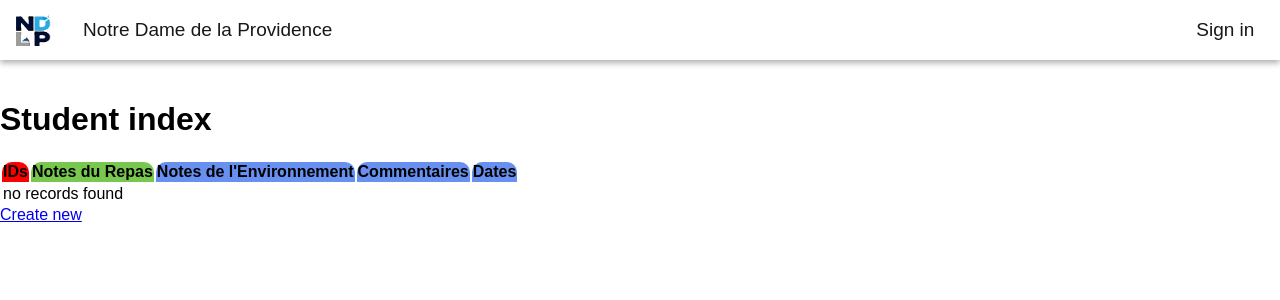
Repository: yaperson/self-feedback1
Page: templates/student/index.html.twig
These files come from the project's save history. The page is drawn as it stood at one moment and after the next save; the edit follows.
The browser window is 1280 px wide. The pictures show the whole page.
The page is a Twig template of a Symfony application; nobody is signed in and links lead nowhere. The template is opened directly, without the code that normally fills it, so the values that code supplies are empty.

Above is the page before, as saved 2021-12-14 10:40:48.
Console error: TypeError: Cannot read properties of null (reading 'querySelectorAll')

### templates/student/index.html.twig
{% extends 'base.html.twig' %}

{% block title %}Student index{% endblock %}

{% block body %}
    <h1>Student index</h1>

    <script>
        const compare = function(ids, asc)
        {
            return function(row1, row2)
            {
                const tdValue = function(row, ids)
                {
                    return row.children[ids].textContent;
                }

                const tri = function(v1, v2)
                {
                    if (v1 !== '' && v2 !== '' && !isNaN(v1) && !isNaN(v2))
                    {
                        return v1 - v2;
                    }

                    else
                    {
                        return v1.toString().localeCompare(v2);
                    }

                    return v1 !== '' && v2 !== '' && !isNaN(v1) && !isNaN(v2) ? v1 - v2 : v1.toString().localeCompare(v2);
                };

                return tri(tdValue(asc ? row1 : row2, ids), tdValue(asc ? row2 : row1, ids));
            }
        }

        const tbody = document.querySelector('tbody');
        const thx = document.querySelectorAll('th');
        const trxb = tbody.querySelectorAll('tr');

        thx.forEach(function(th)
        {
            th.addEventListener('click', function()
            {
                let classe = Array.from(trxb).sort(compare(Array.from(thx).indexOf(th), this.asc = !this.asc));

                classe.forEach(function(tr)
                {
                    tbody.appendChild(tr)
                });
            })
        });
    </script>

    <table class="table">
        <thead>
            <tr>
                <th style="background-color:#FF0000; border-top-left-radius: 10px; -moz-border-radius-topleft: 10px; -webkit-border-top-left-radius: 10px; -khtml-border-top-left-radius: 10px; -icab-border-top-left-radius: 10px; -o-border-top-left-radius: 10px; border-top-right-radius: 10px; -moz-border-radius-topright: 10px; -webkit-border-top-right-radius: 10px; -khtml-border-top-right-radius: 10px; -icab-border-top-right-radius: 10px; -o-border-top-right-radius: 10px;">IDs</th>
                <th style="background-color:#78C850; border-top-left-radius: 10px; -moz-border-radius-topleft: 10px; -webkit-border-top-left-radius: 10px; -khtml-border-top-left-radius: 10px; -icab-border-top-left-radius: 10px; -o-border-top-left-radius: 10px; border-top-right-radius: 10px; -moz-border-radius-topright: 10px; -webkit-border-top-right-radius: 10px; -khtml-border-top-right-radius: 10px; -icab-border-top-right-radius: 10px; -o-border-top-right-radius: 10px;">Notes du Repas</th>
                <th style="background-color:#6890F0; border-top-left-radius: 10px; -moz-border-radius-topleft: 10px; -webkit-border-top-left-radius: 10px; -khtml-border-top-left-radius: 10px; -icab-border-top-left-radius: 10px; -o-border-top-left-radius: 10px; border-top-right-radius: 10px; -moz-border-radius-topright: 10px; -webkit-border-top-right-radius: 10px; -khtml-border-top-right-radius: 10px; -icab-border-top-right-radius: 10px; -o-border-top-right-radius: 10px;">Notes de l'Environnement</th>
                <th style="background-color:#6890F0; border-top-left-radius: 10px; -moz-border-radius-topleft: 10px; -webkit-border-top-left-radius: 10px; -khtml-border-top-left-radius: 10px; -icab-border-top-left-radius: 10px; -o-border-top-left-radius: 10px; border-top-right-radius: 10px; -moz-border-radius-topright: 10px; -webkit-border-top-right-radius: 10px; -khtml-border-top-right-radius: 10px; -icab-border-top-right-radius: 10px; -o-border-top-right-radius: 10px;">Commentaires</th>
                <th style="background-color:#6890F0; border-top-left-radius: 10px; -moz-border-radius-topleft: 10px; -webkit-border-top-left-radius: 10px; -khtml-border-top-left-radius: 10px; -icab-border-top-left-radius: 10px; -o-border-top-left-radius: 10px; border-top-right-radius: 10px; -moz-border-radius-topright: 10px; -webkit-border-top-right-radius: 10px; -khtml-border-top-right-radius: 10px; -icab-border-top-right-radius: 10px; -o-border-top-right-radius: 10px;">Dates</th>
            </tr>
        </thead>
        <tbody>
        {% for student in students %}
            <tr>
                <td>{{ student.id }}</td>
                <td>{{ student.noteRepas }}</td>
                <td>{{ student.noteValeurEnvironnement }}</td>
                <td>{{ student.noteCommentaire }}</td>
                <td>{{ student.noteDate ? student.noteDate|date('Y-m-d') : '' }}</td>
            </tr>
        {% else %}
            <tr>
                <td colspan="6">no records found</td>
            </tr>
        {% endfor %}
        </tbody>
    </table>

    <a href="{{ path('student_new') }}">Create new</a>
{% endblock %}

### templates/base.html.twig
<!doctype html>
<html lang="en">
  <head>
    <meta charset="utf-8">
    <meta name="viewport" content="width=device-width, initial-scale=1, shrink-to-fit=no">
    <meta name="description" content="">
    <meta name="author" content="">
    <title>
        {% block title %} Welcome!
        {% endblock %}

    </title>
    <link rel="shortcut icon" href="images/cropped-cropped-NDLP-3-min-e1544695116495.png" type="image/x-icon">
    <link rel="stylesheet" href="css/style.css">
    <link rel="stylesheet" href="css/home.css">
    <!-- Bootstrap core CSS -->
    {# <link rel="stylesheet" href="/css/bootstrap.css" > #}
    {# <link rel="stylesheet" href="/css/starter-template.css" > #}

    <!-- Bootstrap core JS    # MIS EN COMMENTAIRE CAR BUGUE, A REGLER #
    <script src="js/bootstrap.js" > -->

 {% block stylesheets %}
 {% endblock %}
 {% block javascripts %}
 {% endblock %}

  </head>

  <body>
        <nav class="topnav" id="myTopnav">
          <div id="left">
            <img class="topnav__link img" src="/images/cropped-cropped-NDLP-3-min-e1544695116495.png">
            <span class="topnav__link">Notre Dame de la Providence</span>
          </div>
          {% if is_granted('ROLE_USER') %}
              <div class="nav-link disabled">
                <i class="fas fa-user"></i>
                {% if app.user %}
                  <strong>{{ app.user.username }}</strong>
                {% endif %}
              </div>
              <a class="topnav__link" id="right" href="{{ path('app_logout') }}">{{'Logout'|trans}}</a>
              {% else %}
              <a class="topnav__link" id="right" href="{{ path('app_login') }}">{{'Sign in'|trans}}</a>
              {% endif %}
        </nav>

    <main>
          {% block body %}{% endblock %}

    </main><!-- /.container -->
    {#
    <!-- Bootstrap core JavaScript
    ================================================== -->
    <!-- Placed at the end of the document so the pages load faster -->
    <script src="https://code.jquery.com/jquery-3.2.1.slim.min.js" integrity="sha384-KJ3o2DKtIkvYIK3UENzmM7KCkRr/rE9/Qpg6aAZGJwFDMVNA/GpGFF93hXpG5KkN" crossorigin="anonymous"></script>
    <script>window.jQuery || document.write('<script src="../../../../assets/js/vendor/jquery-slim.min.js"><\/script>')</script>
    <script src="../../../../assets/js/vendor/popper.min.js"></script>
    <script src="../../../../dist/js/bootstrap.min.js"></script> #}
  </body>
</html>

### public/css/style.css
html{
    width: 100%;
    width: 100%;
    height: 100%;
}


body{
    display: grid;
    margin: 0;
    width: 100%;
    height: 100vh;
    font-family: Arial, Helvetica, sans-serif;
}

main {
  margin-top: 5rem;
}

#btn5 {
  background: linear-gradient(180deg, #2aa1d4 0%, rgba(42, 158, 207, 0.992) 0.01%, rgba(43, 158, 207, 0.65) 99.97%, rgba(41, 157, 207, 0.67) 99.98%, rgba(45, 170, 225, 0.89) 100%);
  box-shadow: 0px 4px 4px rgba(0, 0, 0, 0.12);
  border-radius: 30px;
  border: none;
}
/***********************************************/
.topnav {
  overflow: hidden;
  background-color: rgb(255, 255, 255);
  box-shadow: 0 3px 6px 0 rgb(175, 175, 175);
  user-select: none;
  z-index: 2;
  display: flex;
  align-items: center;
  justify-content: space-between;
  position: fixed;
  width: 100%;
}
.topnav .topnav__link {
  float: left;
  color: #181818;
  padding: 14px 16px;
  text-decoration: none;
  font-size: 19px;
  transition: 0.2s;
}
#left {
  display: flex;
  align-items: center;
}
#right {
  float: right;
  /* margin-left: 75%; */
  padding-right: 2%;
}
.img {
  width: 35px;
  height: 32px;
  left: 11px;
  top: 7px;
}
.topnav .topnav__link:hover {
  color: #060c18;
  transition: 0.2s;
}
  /*****/
  .foo-container {
    display: flex;
    position: absolute;
    justify-content: center;
    align-items: center;
    bottom: 0;
    width: 100%;
    /* height: 164px; */
    color: white;
    background: #424242;
  }
  .bloc {
    display: flex;
    justify-content: space-around;
    margin: 10px;
    width: 50%;
  }

/***********************************************/

.error{
  display: flex;
  position: absolute;
  justify-content: center;
  align-items: center;
  width: 100%;
  height: 50px;
  background-color: red;
  animation: kboom infinite 1s;
  color: white;
}

@keyframes kboom {
  0%{
    background-color: red;
  }
  100%{
    background-color: blue;
  }
}



element.style {
  background-image: url(assets/img/image1.jpg);
  height: 100vh;
}
.bg-image {
  display: flex;
  justify-content: center;
  align-items: center;
  position: relative;
  overflow: hidden;
  background-repeat: no-repeat;
  background-size: cover;
  background-position: 50%;
}

@media (max-width: 750px) {
  .foo-container {
    color: #b6b6fb;
  }
  .topnav {
    max-width: 100%;
  }
}

### public/css/home.css
.main__title{
    display: flex;
    justify-content: center;
}

.title{
    font-size: 5rem;
    transition: 0.2s;
    animation: fromTop 2s ;
}

/***************/
.main__btn{
    justify-content: center;
    align-content: center;
    align-items: center;
    text-align: center;
    display: flex;
}

#btn5{
    display: flex;
    align-items: center;
    justify-content: center;
    position: relative;
    overflow: hidden;
    color: rgb(255, 255, 255);
    mix-blend-mode: normal;
    cursor: pointer;
    outline: none;
    border: none;
    width: 20%;
    height: 60px;
    text-decoration: none;
}
.TxtBtn {
    position: relative;
    pointer-events: none;
}

@media screen and (max-width: 750px) {
    main{
        max-width: 100%;
        height: 80%;
    }
    h1 {
        font-size: 60px;
        margin: auto;
    }
    h3{
        font-size: 50px;
    }
    #target{
        font-size: 50px;
    }
    #btn5{
        width: 200px;
    }
}

@keyframes fromTop {
    0% {
        color: rgba(0, 0, 0, 0);
        transition: 0.2s;
        margin-top: 20px;
    }
    100% {
        color: rgb(0, 0, 0);
        /* transition: 0.2s; */
    }
}

After the next save:
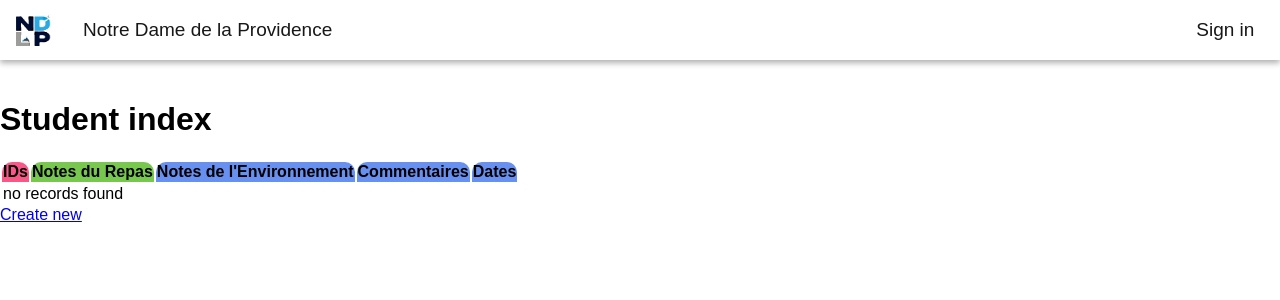
Saved 73 s later.
--- a/templates/student/index.html.twig
+++ b/templates/student/index.html.twig
@@ -55,7 +55,7 @@
     <table class="table">
         <thead>
             <tr>
-                <th style="background-color:#FF0000; border-top-left-radius: 10px; -moz-border-radius-topleft: 10px; -webkit-border-top-left-radius: 10px; -khtml-border-top-left-radius: 10px; -icab-border-top-left-radius: 10px; -o-border-top-left-radius: 10px; border-top-right-radius: 10px; -moz-border-radius-topright: 10px; -webkit-border-top-right-radius: 10px; -khtml-border-top-right-radius: 10px; -icab-border-top-right-radius: 10px; -o-border-top-right-radius: 10px;">IDs</th>
+                <th style="background-color:#F85888; border-top-left-radius: 10px; -moz-border-radius-topleft: 10px; -webkit-border-top-left-radius: 10px; -khtml-border-top-left-radius: 10px; -icab-border-top-left-radius: 10px; -o-border-top-left-radius: 10px; border-top-right-radius: 10px; -moz-border-radius-topright: 10px; -webkit-border-top-right-radius: 10px; -khtml-border-top-right-radius: 10px; -icab-border-top-right-radius: 10px; -o-border-top-right-radius: 10px;">IDs</th>
                 <th style="background-color:#78C850; border-top-left-radius: 10px; -moz-border-radius-topleft: 10px; -webkit-border-top-left-radius: 10px; -khtml-border-top-left-radius: 10px; -icab-border-top-left-radius: 10px; -o-border-top-left-radius: 10px; border-top-right-radius: 10px; -moz-border-radius-topright: 10px; -webkit-border-top-right-radius: 10px; -khtml-border-top-right-radius: 10px; -icab-border-top-right-radius: 10px; -o-border-top-right-radius: 10px;">Notes du Repas</th>
                 <th style="background-color:#6890F0; border-top-left-radius: 10px; -moz-border-radius-topleft: 10px; -webkit-border-top-left-radius: 10px; -khtml-border-top-left-radius: 10px; -icab-border-top-left-radius: 10px; -o-border-top-left-radius: 10px; border-top-right-radius: 10px; -moz-border-radius-topright: 10px; -webkit-border-top-right-radius: 10px; -khtml-border-top-right-radius: 10px; -icab-border-top-right-radius: 10px; -o-border-top-right-radius: 10px;">Notes de l'Environnement</th>
                 <th style="background-color:#6890F0; border-top-left-radius: 10px; -moz-border-radius-topleft: 10px; -webkit-border-top-left-radius: 10px; -khtml-border-top-left-radius: 10px; -icab-border-top-left-radius: 10px; -o-border-top-left-radius: 10px; border-top-right-radius: 10px; -moz-border-radius-topright: 10px; -webkit-border-top-right-radius: 10px; -khtml-border-top-right-radius: 10px; -icab-border-top-right-radius: 10px; -o-border-top-right-radius: 10px;">Commentaires</th>
